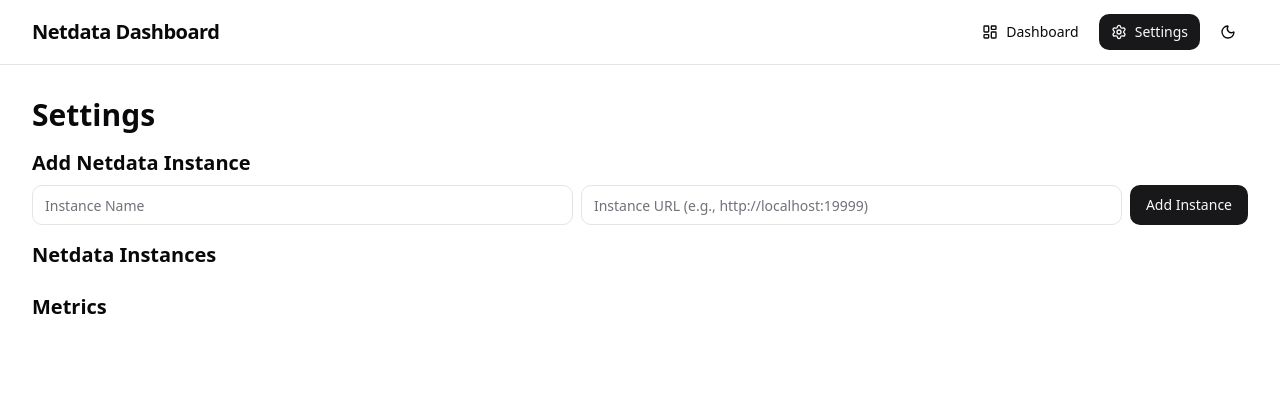
Repository: donelee/netdata-gatherer-dashboard
Page: /settings
The author's editor kept a copy of each file at every save. The page is drawn from the files as they stood at one save, then again after the next save.
The browser window is 1280 px wide. The pictures show the whole page.
The project was rebuilt for these pictures with package versions that can differ from the ones it lists, and the page was loaded fresh each time. Also part of the build but not shown: vite.config.ts, src/components/ui/tooltip.tsx, src/components/ui/card.tsx, src/components/MetricCard.tsx, src/pages/Dashboard.tsx, src/components/InstanceCard.tsx, src/components/ui/checkbox.tsx, src/components/ui/label.tsx and 1 more.

Above is the page before, as saved 2025-03-21 14:19:04.

### index.html
<!DOCTYPE html>
<html lang="en">
  <head>
    <meta charset="UTF-8" />
    <meta name="viewport" content="width=device-width, initial-scale=1.0" />
    <title>netdata-gatherer-dashboard</title>
    <meta name="description" content="Lovable Generated Project" />
    <meta name="author" content="Lovable" />
    <meta property="og:image" content="https://lovable.dev/opengraph-image-p98pqg.png" />
  </head>

  <body>
    <div id="root"></div>
    <!-- IMPORTANT: DO NOT REMOVE THIS SCRIPT TAG OR THIS VERY COMMENT! -->
    <script src="https://cdn.gpteng.co/gptengineer.js" type="module"></script>
    <script type="module" src="/src/main.tsx"></script>
  </body>
</html>

### src/components/ui/toaster.tsx
import { useToast } from "@/hooks/use-toast"
import {
  Toast,
  ToastClose,
  ToastDescription,
  ToastProvider,
  ToastTitle,
  ToastViewport,
} from "@/components/ui/toast"

export function Toaster() {
  const { toasts } = useToast()

  return (
    <ToastProvider>
      {toasts.map(function ({ id, title, description, action, ...props }) {
        return (
          <Toast key={id} {...props}>
            <div className="grid gap-1">
              {title && <ToastTitle>{title}</ToastTitle>}
              {description && (
                <ToastDescription>{description}</ToastDescription>
              )}
            </div>
            {action}
            <ToastClose />
          </Toast>
        )
      })}
      <ToastViewport />
    </ToastProvider>
  )
}

### src/components/ui/sonner.tsx
import { useTheme } from "next-themes"
import { Toaster as Sonner } from "sonner"

type ToasterProps = React.ComponentProps<typeof Sonner>

const Toaster = ({ ...props }: ToasterProps) => {
  const { theme = "system" } = useTheme()

  return (
    <Sonner
      theme={theme as ToasterProps["theme"]}
      className="toaster group"
      toastOptions={{
        classNames: {
          toast:
            "group toast group-[.toaster]:bg-background group-[.toaster]:text-foreground group-[.toaster]:border-border group-[.toaster]:shadow-lg",
          description: "group-[.toast]:text-muted-foreground",
          actionButton:
            "group-[.toast]:bg-primary group-[.toast]:text-primary-foreground",
          cancelButton:
            "group-[.toast]:bg-muted group-[.toast]:text-muted-foreground",
        },
      }}
      {...props}
    />
  )
}

export { Toaster }

### src/pages/Settings.tsx
import { InstanceCard } from "@/components/InstanceCard";
import { Button } from "@/components/ui/button";
import { Input } from "@/components/ui/input";
import { useNetdataInstances } from "@/hooks/useNetdataInstances";
import { useNetdataMetrics } from "@/hooks/useNetdataMetrics";
import { useState } from "react";
import { Layout } from "@/components/Layout";
import { Checkbox } from "@/components/ui/checkbox";
import { Label } from "@/components/ui/label";
import { useIsMobile } from "@/hooks/use-mobile";

export default function Settings() {
  const { instances, addInstance, removeInstance, updateInstance, testConnection } = useNetdataInstances();
  const { metrics, fetchMetricsList, toggleMetricSelection, selectMetrics, getInstanceMetrics, removeInstanceMetrics } = useNetdataMetrics();
  const [newUrl, setNewUrl] = useState("");
  const [newName, setNewName] = useState("");
  const [isRefreshing, setIsRefreshing] = useState(false);
  const isMobile = useIsMobile();

  const handleAddInstance = async () => {
    if (newName && newUrl) {
      const result = await testConnection(newUrl);
      if (result.success) {
        const newInstance = addInstance(newName, newUrl); // 修改这里，获取新添加的实例
        await fetchMetricsList(newInstance); // 添加这行代码，自动获取指标列表
        setNewUrl("");
        setNewName("");
      } else {
        alert(`Failed to connect to ${newUrl}: ${result.error}`);
      }
    }
  };

  const handleRefreshInstance = async (instance) => {
    setIsRefreshing(true);
    await fetchMetricsList(instance);
    setIsRefreshing(false);
  };

  const handleDeleteInstance = (id: string) => {
    removeInstance(id);
    removeInstanceMetrics(id);
  };

  return (
    <Layout>
      <div className="flex flex-col gap-4">
        <h1 className="text-3xl font-bold">Settings</h1>

        <div className="flex flex-col gap-2">
          <h2 className="text-xl font-semibold">Add Netdata Instance</h2>
          <div className="flex flex-col sm:flex-row gap-2">
            <Input
              type="text"
              placeholder="Instance Name"
              value={newName}
              onChange={(e) => setNewName(e.target.value)}
            />
            <Input
              type="text"
              placeholder="Instance URL (e.g., http://localhost:19999)"
              value={newUrl}
              onChange={(e) => setNewUrl(e.target.value)}
            />
            <Button onClick={handleAddInstance}>Add Instance</Button>
          </div>
        </div>

        <div className="flex flex-col gap-2">
          <h2 className="text-xl font-semibold">Netdata Instances</h2>
          <div className="grid grid-cols-1 sm:grid-cols-2 md:grid-cols-3 lg:grid-cols-4 gap-4">
            {instances.map((instance) => (
              <InstanceCard
                key={instance.id}
                instance={instance}
                onDelete={handleDeleteInstance}
                onRefresh={handleRefreshInstance}
                isRefreshing={isRefreshing}
              />
            ))}
          </div>
        </div>

        <div className="flex flex-col gap-2">
          <h2 className="text-xl font-semibold">Metrics</h2>
          <div className="grid grid-cols-1 sm:grid-cols-2 md:grid-cols-3 lg:grid-cols-4 gap-4">
            {instances.map((instance) => {
              const instanceMetrics = getInstanceMetrics(instance.id);
              console.log("instanceMetrics for instance", instance.name, ":", instanceMetrics); // 添加这行代码
              return instanceMetrics.map((metric) => (
                <div key={metric.id} className="flex items-center space-x-2">
                  <Checkbox
                    id={metric.id}
                    checked={metric.selected}
                    onCheckedChange={() => toggleMetricSelection(metric.id)}
                  />
                  <Label htmlFor={metric.id} className="text-sm font-medium leading-none peer-disabled:cursor-not-allowed peer-disabled:opacity-70">
                    {metric.name} ({instance.name})
                  </Label>
                </div>
              ));
            })}
          </div>
        </div>
      </div>
    </Layout>
  );
}

### src/components/ui/toast.tsx
import * as React from "react"
import * as ToastPrimitives from "@radix-ui/react-toast"
import { cva, type VariantProps } from "class-variance-authority"
import { X } from "lucide-react"

import { cn } from "@/lib/utils"

const ToastProvider = ToastPrimitives.Provider

const ToastViewport = React.forwardRef<
  React.ElementRef<typeof ToastPrimitives.Viewport>,
  React.ComponentPropsWithoutRef<typeof ToastPrimitives.Viewport>
>(({ className, ...props }, ref) => (
  <ToastPrimitives.Viewport
    ref={ref}
    className={cn(
      "fixed top-0 z-[100] flex max-h-screen w-full flex-col-reverse p-4 sm:bottom-0 sm:right-0 sm:top-auto sm:flex-col md:max-w-[420px]",
      className
    )}
    {...props}
  />
))
ToastViewport.displayName = ToastPrimitives.Viewport.displayName

const toastVariants = cva(
  "group pointer-events-auto relative flex w-full items-center justify-between space-x-4 overflow-hidden rounded-md border p-6 pr-8 shadow-lg transition-all data-[swipe=cancel]:translate-x-0 data-[swipe=end]:translate-x-[var(--radix-toast-swipe-end-x)] data-[swipe=move]:translate-x-[var(--radix-toast-swipe-move-x)] data-[swipe=move]:transition-none data-[state=open]:animate-in data-[state=closed]:animate-out data-[swipe=end]:animate-out data-[state=closed]:fade-out-80 data-[state=closed]:slide-out-to-right-full data-[state=open]:slide-in-from-top-full data-[state=open]:sm:slide-in-from-bottom-full",
  {
    variants: {
      variant: {
        default: "border bg-background text-foreground",
        destructive:
          "destructive group border-destructive bg-destructive text-destructive-foreground",
      },
    },
    defaultVariants: {
      variant: "default",
    },
  }
)

const Toast = React.forwardRef<
  React.ElementRef<typeof ToastPrimitives.Root>,
  React.ComponentPropsWithoutRef<typeof ToastPrimitives.Root> &
    VariantProps<typeof toastVariants>
>(({ className, variant, ...props }, ref) => {
  return (
    <ToastPrimitives.Root
      ref={ref}
      className={cn(toastVariants({ variant }), className)}
      {...props}
    />
  )
})
Toast.displayName = ToastPrimitives.Root.displayName

const ToastAction = React.forwardRef<
  React.ElementRef<typeof ToastPrimitives.Action>,
  React.ComponentPropsWithoutRef<typeof ToastPrimitives.Action>
>(({ className, ...props }, ref) => (
  <ToastPrimitives.Action
    ref={ref}
    className={cn(
      "inline-flex h-8 shrink-0 items-center justify-center rounded-md border bg-transparent px-3 text-sm font-medium ring-offset-background transition-colors hover:bg-secondary focus:outline-none focus:ring-2 focus:ring-ring focus:ring-offset-2 disabled:pointer-events-none disabled:opacity-50 group-[.destructive]:border-muted/40 group-[.destructive]:hover:border-destructive/30 group-[.destructive]:hover:bg-destructive group-[.destructive]:hover:text-destructive-foreground group-[.destructive]:focus:ring-destructive",
      className
    )}
    {...props}
  />
))
ToastAction.displayName = ToastPrimitives.Action.displayName

const ToastClose = React.forwardRef<
  React.ElementRef<typeof ToastPrimitives.Close>,
  React.ComponentPropsWithoutRef<typeof ToastPrimitives.Close>
>(({ className, ...props }, ref) => (
  <ToastPrimitives.Close
    ref={ref}
    className={cn(
      "absolute right-2 top-2 rounded-md p-1 text-foreground/50 opacity-0 transition-opacity hover:text-foreground focus:opacity-100 focus:outline-none focus:ring-2 group-hover:opacity-100 group-[.destructive]:text-red-300 group-[.destructive]:hover:text-red-50 group-[.destructive]:focus:ring-red-400 group-[.destructive]:focus:ring-offset-red-600",
      className
    )}
    toast-close=""
    {...props}
  >
    <X className="h-4 w-4" />
  </ToastPrimitives.Close>
))
ToastClose.displayName = ToastPrimitives.Close.displayName

const ToastTitle = React.forwardRef<
  React.ElementRef<typeof ToastPrimitives.Title>,
  React.ComponentPropsWithoutRef<typeof ToastPrimitives.Title>
>(({ className, ...props }, ref) => (
  <ToastPrimitives.Title
    ref={ref}
    className={cn("text-sm font-semibold", className)}
    {...props}
  />
))
ToastTitle.displayName = ToastPrimitives.Title.displayName

const ToastDescription = React.forwardRef<
  React.ElementRef<typeof ToastPrimitives.Description>,
  React.ComponentPropsWithoutRef<typeof ToastPrimitives.Description>
>(({ className, ...props }, ref) => (
  <ToastPrimitives.Description
    ref={ref}
    className={cn("text-sm opacity-90", className)}
    {...props}
  />
))
ToastDescription.displayName = ToastPrimitives.Description.displayName

type ToastProps = React.ComponentPropsWithoutRef<typeof Toast>

type ToastActionElement = React.ReactElement<typeof ToastAction>

export {
  type ToastProps,
  type ToastActionElement,
  ToastProvider,
  ToastViewport,
  Toast,
  ToastTitle,
  ToastDescription,
  ToastClose,
  ToastAction,
}

### src/hooks/useNetdataInstances.tsx
import { useState, useEffect } from 'react';

export interface NetdataInstance {
  id: string;
  name: string;
  url: string;
}

export function useNetdataInstances() {
  const [instances, setInstances] = useState<NetdataInstance[]>(() => {
    const savedInstances = localStorage.getItem('netdata-instances');
    return savedInstances ? JSON.parse(savedInstances) : [];
  });

  const [isLoading, setIsLoading] = useState(false);
  const [error, setError] = useState<string | null>(null);

  useEffect(() => {
    localStorage.setItem('netdata-instances', JSON.stringify(instances));
  }, [instances]);

  const addInstance = (name: string, url: string) => {
    // Remove trailing slash if present
    const formattedUrl = url.endsWith('/') ? url.slice(0, -1) : url;
    const newInstance = {
      id: crypto.randomUUID(),
      name,
      url: formattedUrl
    };
    setInstances(prev => [
      ...prev,
      newInstance
    ]);
    return newInstance; // 添加这行代码
  };

  const removeInstance = (id: string) => {
    setInstances(prev => prev.filter(instance => instance.id !== id));
  };

  const updateInstance = (id: string, updatedInstance: Partial<NetdataInstance>) => {
    setInstances(prev =>
      prev.map(instance =>
        instance.id === id ? { ...instance, ...updatedInstance } : instance
      )
    );
  };

  const testConnection = async (url: string) => {
    setIsLoading(true);
    setError(null);

    try {
      const response = await fetch(`${url}/api/v1/info`);
      if (!response.ok) {
        throw new Error(`Failed to connect to Netdata instance: ${response.statusText}`);
      }
      const data = await response.json();
      setIsLoading(false);
      return { success: true, data };
    } catch (err) {
      const errorMessage = err instanceof Error ? err.message : 'Failed to connect to Netdata instance';
      setError(errorMessage);
      setIsLoading(false);
      return { success: false, error: errorMessage };
    }
  };

  return {
    instances,
    isLoading,
    error,
    addInstance,
    removeInstance,
    updateInstance,
    testConnection
  };
}

### src/hooks/useNetdataMetrics.tsx
import { useState, useEffect, useCallback } from 'react';
import { NetdataInstance } from './useNetdataInstances';

export interface Metric {
  id: string;
  name: string;
  instanceId: string;
  selected: boolean;
}

interface MetricDetails {
  name: string;
  family: string;
  context: string;
  units: string;
  chartType: string;
  dimensions: {
    [dimensionName: string]: {
      name: string;
    }
  }
}

interface MetricResponse {
  charts: {
    [metricName: string]: MetricDetails;
  };
}

export function useNetdataMetrics() {
  const [metrics, setMetrics] = useState<Metric[]>([]);
  const [selectedMetricIds, setSelectedMetricIds] = useState<string[]>(() => {
    const savedSelectedMetrics = localStorage.getItem('netdata-selected-metrics');
    return savedSelectedMetrics ? JSON.parse(savedSelectedMetrics) : [];
  });

  const [isLoading, setIsLoading] = useState(false);
  const [error, setError] = useState<string | null>(null);

  useEffect(() => {
    // Asynchronously update localStorage
    const timeoutId = setTimeout(() => {
      localStorage.setItem('netdata-selected-metrics', JSON.stringify(selectedMetricIds));
    }, 0); // Use a timeout of 0 to make it asynchronous

    return () => clearTimeout(timeoutId); // Cleanup on unmount
  }, [selectedMetricIds]);

  const fetchMetricsList = async (instance: NetdataInstance) => {
    setIsLoading(true);
    setError(null);
    console.log("fetchMetricsList called for instance:", instance);
    try {
      const response = await fetch(`${instance.url}/api/v1/charts`);

      if (!response.ok) {
        throw new Error(`Failed to fetch metrics: ${response.statusText}`);
      }

      const data = await response.json() as MetricResponse;

      // Correctly access the charts property
      const fetchedMetrics = Object.entries(data.charts).map(([metricName, metricDetails]) => ({
        id: crypto.randomUUID(),
        name: metricName,
        instanceId: instance.id,
        selected: false,
      }));

      // Merge with existing metrics, keeping selected state
      setMetrics(prev => {
        // Keep metrics from other instances
        const otherInstanceMetrics = prev.filter(m => m.instanceId !== instance.id);

        // Map through new metrics and preserve selected state if the metric already existed
        const updatedInstanceMetrics = fetchedMetrics.map(newMetric => {
          const existingMetric = prev.find(m =>
            m.instanceId === instance.id && m.name === newMetric.name
          );

          return existingMetric
            ? { ...newMetric, id: existingMetric.id, selected: existingMetric.selected }
            : newMetric;
        });
        console.log("metrics after fetchMetricsList:", [...otherInstanceMetrics, ...updatedInstanceMetrics]);
        return [...otherInstanceMetrics, ...updatedInstanceMetrics];
      });

      setIsLoading(false);
      return fetchedMetrics;
    } catch (err) {
      const errorMessage = err instanceof Error ? err.message : 'Failed to fetch metrics';
      setError(errorMessage);
      setIsLoading(false);
      return [];
    }
  };

  const toggleMetricSelection = useCallback((metricId: string) => {
    setMetrics(prev => {
      return prev.map(metric => {
        if (metric.id === metricId) {
          return { ...metric, selected: !metric.selected };
        }
        return metric;
      });
    });
    setSelectedMetricIds(prev => {
      if (prev.includes(metricId)) {
        return prev.filter(id => id !== metricId);
      } else {
        return [...prev, metricId];
      }
    });
  }, []);

  const selectMetrics = (metricIds: string[]) => {
    setSelectedMetricIds(metricIds);
    setMetrics(prev => {
      return prev.map(metric => {
        return { ...metric, selected: metricIds.includes(metric.id) };
      });
    });
  };

  const getInstanceMetrics = (instanceId: string) => {
    return metrics.filter(metric => metric.instanceId === instanceId);
  };

  const getSelectedMetrics = () => {
    return metrics.filter(metric => selectedMetricIds.includes(metric.id));
  };

  const fetchSelectedMetrics = () => {
    return metrics.filter(metric => selectedMetricIds.includes(metric.id));
  };

  const removeInstanceMetrics = (instanceId: string) => {
    setMetrics(prev => prev.filter(metric => metric.instanceId !== instanceId));
  };

  return {
    metrics,
    isLoading,
    error,
    fetchMetricsList,
    toggleMetricSelection,
    selectMetrics,
    getInstanceMetrics,
    getSelectedMetrics,
    removeInstanceMetrics,
    fetchSelectedMetrics
  };
}

### src/components/Layout.tsx

import { Header } from "./Header";
import { ReactNode } from "react";

interface LayoutProps {
  children: ReactNode;
}

export function Layout({ children }: LayoutProps) {
  return (
    <div className="min-h-screen flex flex-col">
      <Header />
      <main className="flex-1 container py-8 px-4 md:px-8 animate-fade-in">
        {children}
      </main>
    </div>
  );
}

### src/components/ui/button.tsx
import * as React from "react"
import { Slot } from "@radix-ui/react-slot"
import { cva, type VariantProps } from "class-variance-authority"

import { cn } from "@/lib/utils"

const buttonVariants = cva(
  "inline-flex items-center justify-center gap-2 whitespace-nowrap rounded-md text-sm font-medium ring-offset-background transition-colors focus-visible:outline-none focus-visible:ring-2 focus-visible:ring-ring focus-visible:ring-offset-2 disabled:pointer-events-none disabled:opacity-50 [&_svg]:pointer-events-none [&_svg]:size-4 [&_svg]:shrink-0",
  {
    variants: {
      variant: {
        default: "bg-primary text-primary-foreground hover:bg-primary/90",
        destructive:
          "bg-destructive text-destructive-foreground hover:bg-destructive/90",
        outline:
          "border border-input bg-background hover:bg-accent hover:text-accent-foreground",
        secondary:
          "bg-secondary text-secondary-foreground hover:bg-secondary/80",
        ghost: "hover:bg-accent hover:text-accent-foreground",
        link: "text-primary underline-offset-4 hover:underline",
      },
      size: {
        default: "h-10 px-4 py-2",
        sm: "h-9 rounded-md px-3",
        lg: "h-11 rounded-md px-8",
        icon: "h-10 w-10",
      },
    },
    defaultVariants: {
      variant: "default",
      size: "default",
    },
  }
)

export interface ButtonProps
  extends React.ButtonHTMLAttributes<HTMLButtonElement>,
    VariantProps<typeof buttonVariants> {
  asChild?: boolean
}

const Button = React.forwardRef<HTMLButtonElement, ButtonProps>(
  ({ className, variant, size, asChild = false, ...props }, ref) => {
    const Comp = asChild ? Slot : "button"
    return (
      <Comp
        className={cn(buttonVariants({ variant, size, className }))}
        ref={ref}
        {...props}
      />
    )
  }
)
Button.displayName = "Button"

export { Button, buttonVariants }

### src/components/ui/input.tsx
import * as React from "react"

import { cn } from "@/lib/utils"

const Input = React.forwardRef<HTMLInputElement, React.ComponentProps<"input">>(
  ({ className, type, ...props }, ref) => {
    return (
      <input
        type={type}
        className={cn(
          "flex h-10 w-full rounded-md border border-input bg-background px-3 py-2 text-base ring-offset-background file:border-0 file:bg-transparent file:text-sm file:font-medium file:text-foreground placeholder:text-muted-foreground focus-visible:outline-none focus-visible:ring-2 focus-visible:ring-ring focus-visible:ring-offset-2 disabled:cursor-not-allowed disabled:opacity-50 md:text-sm",
          className
        )}
        ref={ref}
        {...props}
      />
    )
  }
)
Input.displayName = "Input"

export { Input }

### src/components/Header.tsx

import { Link, useLocation } from "react-router-dom";
import { ThemeToggle } from "./ThemeToggle";
import { Button } from "@/components/ui/button";
import { Settings, LayoutDashboard } from "lucide-react";

export function Header() {
  const location = useLocation();
  const isDashboardPage = location.pathname === "/";
  const isSettingsPage = location.pathname === "/settings";

  return (
    <header className="border-b backdrop-blur-sm bg-background/80 sticky top-0 z-50 w-full transition-all duration-200">
      <div className="container flex h-16 items-center justify-between">
        <div className="flex items-center gap-2">
          <Link
            to="/"
            className="text-xl font-semibold tracking-tight transition-colors hover:text-primary/90"
          >
            Netdata Dashboard
          </Link>
        </div>

        <div className="flex items-center gap-2">
          <Button
            variant={isDashboardPage ? "default" : "ghost"}
            size="sm"
            className="hidden sm:flex items-center gap-1"
            asChild
          >
            <Link to="/">
              <LayoutDashboard className="h-4 w-4 mr-1" />
              Dashboard
            </Link>
          </Button>

          <Button
            variant={isSettingsPage ? "default" : "ghost"}
            size="sm"
            className="hidden sm:flex items-center gap-1"
            asChild
          >
            <Link to="/settings">
              <Settings className="h-4 w-4 mr-1" />
              Settings
            </Link>
          </Button>

          <ThemeToggle />

          {/* Mobile Nav */}
          <div className="sm:hidden flex items-center gap-1">
            <Button
              variant={isDashboardPage ? "default" : "ghost"}
              size="icon"
              className="h-9 w-9"
              asChild
            >
              <Link to="/">
                <LayoutDashboard className="h-5 w-5" />
                <span className="sr-only">Dashboard</span>
              </Link>
            </Button>

            <Button
              variant={isSettingsPage ? "default" : "ghost"}
              size="icon"
              className="h-9 w-9"
              asChild
            >
              <Link to="/settings">
                <Settings className="h-5 w-5" />
                <span className="sr-only">Settings</span>
              </Link>
            </Button>
          </div>
        </div>
      </div>
    </header>
  );
}

### src/components/ThemeToggle.tsx

import { Button } from "@/components/ui/button";
import { useTheme } from "@/hooks/useTheme";
import { Moon, Sun } from "lucide-react";

export function ThemeToggle() {
  const { theme, toggleTheme } = useTheme();

  return (
    <Button
      variant="ghost"
      size="icon"
      onClick={toggleTheme}
      className="w-10 h-10 rounded-full transition-all duration-300"
    >
      {theme === 'light' ? (
        <Moon className="h-5 w-5 transition-all duration-300" />
      ) : (
        <Sun className="h-5 w-5 transition-all duration-300" />
      )}
      <span className="sr-only">Toggle theme</span>
    </Button>
  );
}

### src/hooks/useTheme.tsx

import { useState, useEffect } from 'react';

type Theme = 'light' | 'dark';

export function useTheme() {
  const [theme, setTheme] = useState<Theme>(() => {
    const savedTheme = localStorage.getItem('theme');
    if (savedTheme === 'light' || savedTheme === 'dark') {
      return savedTheme;
    }
    return window.matchMedia('(prefers-color-scheme: dark)').matches ? 'dark' : 'light';
  });

  useEffect(() => {
    const root = window.document.documentElement;

    root.classList.remove('light', 'dark');
    root.classList.add(theme);
    localStorage.setItem('theme', theme);
  }, [theme]);

  const toggleTheme = () => {
    setTheme(prevTheme => prevTheme === 'light' ? 'dark' : 'light');
  };

  return { theme, toggleTheme };
}

Loaded but not shown: src/main.tsx (common file); src/App.tsx (common file); src/index.css (common file); src/hooks/use-toast.ts (common file); src/lib/utils.ts (common file); src/hooks/use-mobile.tsx (common file); tailwind.config.ts (common file)

After the next save:
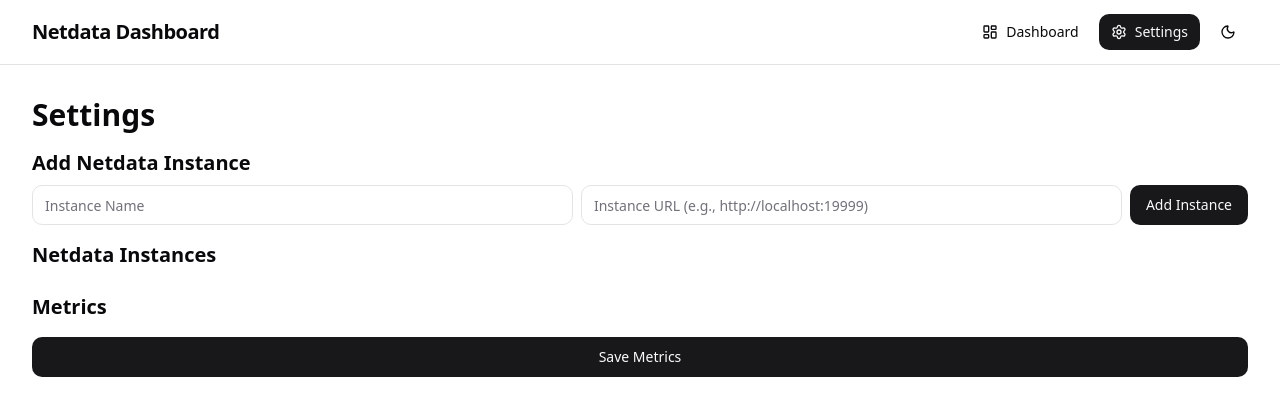
Saved 3 min 28 s later.
--- a/src/pages/Settings.tsx
+++ b/src/pages/Settings.tsx
@@ -40,6 +40,11 @@
   const handleDeleteInstance = (id: string) => {
     removeInstance(id);
     removeInstanceMetrics(id);
+  };
+
+  const handleSaveMetrics = () => {
+    const selectedMetrics = metrics.filter(metric => metric.selected).map(metric => metric.id);
+    selectMetrics(selectedMetrics);
   };
 
   return (
@@ -101,6 +106,7 @@
               ));
             })}
           </div>
+          <Button onClick={handleSaveMetrics}>Save Metrics</Button>
         </div>
       </div>
     </Layout>
